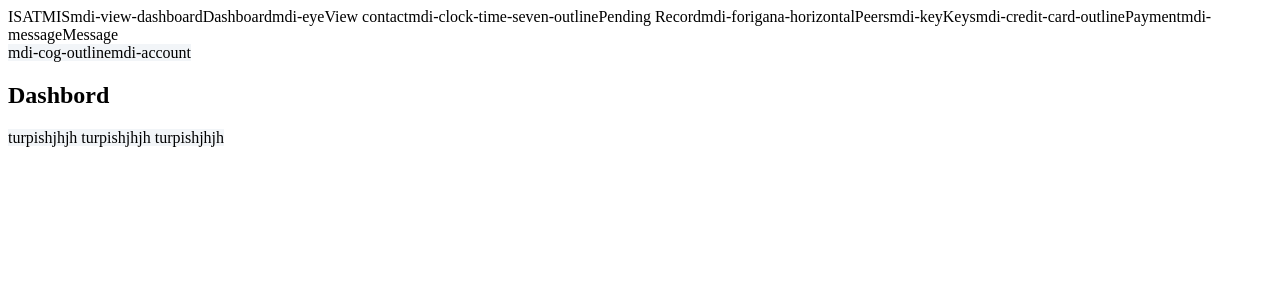
Repository: umarrg/isatmis
Page: /home
The author's editor kept a copy of each file at every save. The page is drawn from the files as they stood at one save, then again after a run of saves.
The browser window is 1280 px wide. The pictures show the whole page.
The project was rebuilt for these pictures with package versions that can differ from the ones it lists, and the page was loaded fresh each time. Also part of the build but not shown: vue.config.js. Imported but missing from the stored project, and not drawn on this page: src/plugins/vuetify.

Above is the page before, as saved 2021-01-26 00:26:17.

After the next 2 saves:
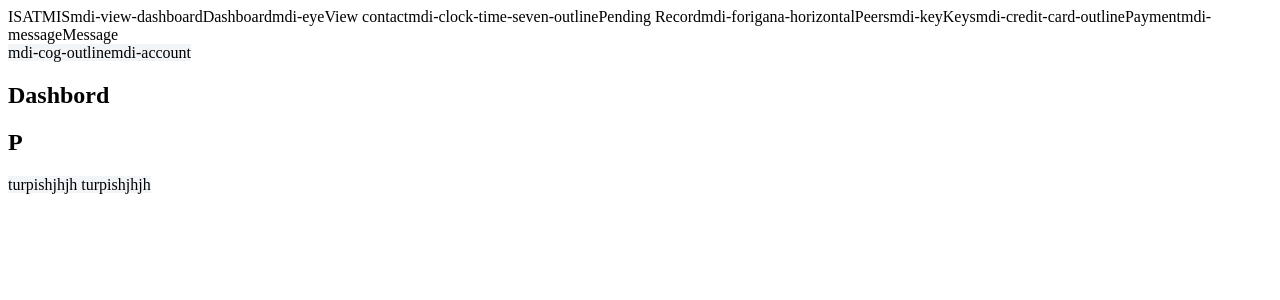
The 2 saves are shown as one change because they came seconds apart.
The last was saved 41 s later.
--- a/src/views/Home.vue
+++ b/src/views/Home.vue
@@ -38,7 +38,7 @@
       <v-row >
         <v-col cols="12" md="4" sm="6">
           <v-alert border="bottom" colored-border color="blue" elevation="2">
-            turpishjhjh
+            <h2>P</h2>
           </v-alert>
         </v-col>
         <v-col cols="12" md="4" sm="6">
